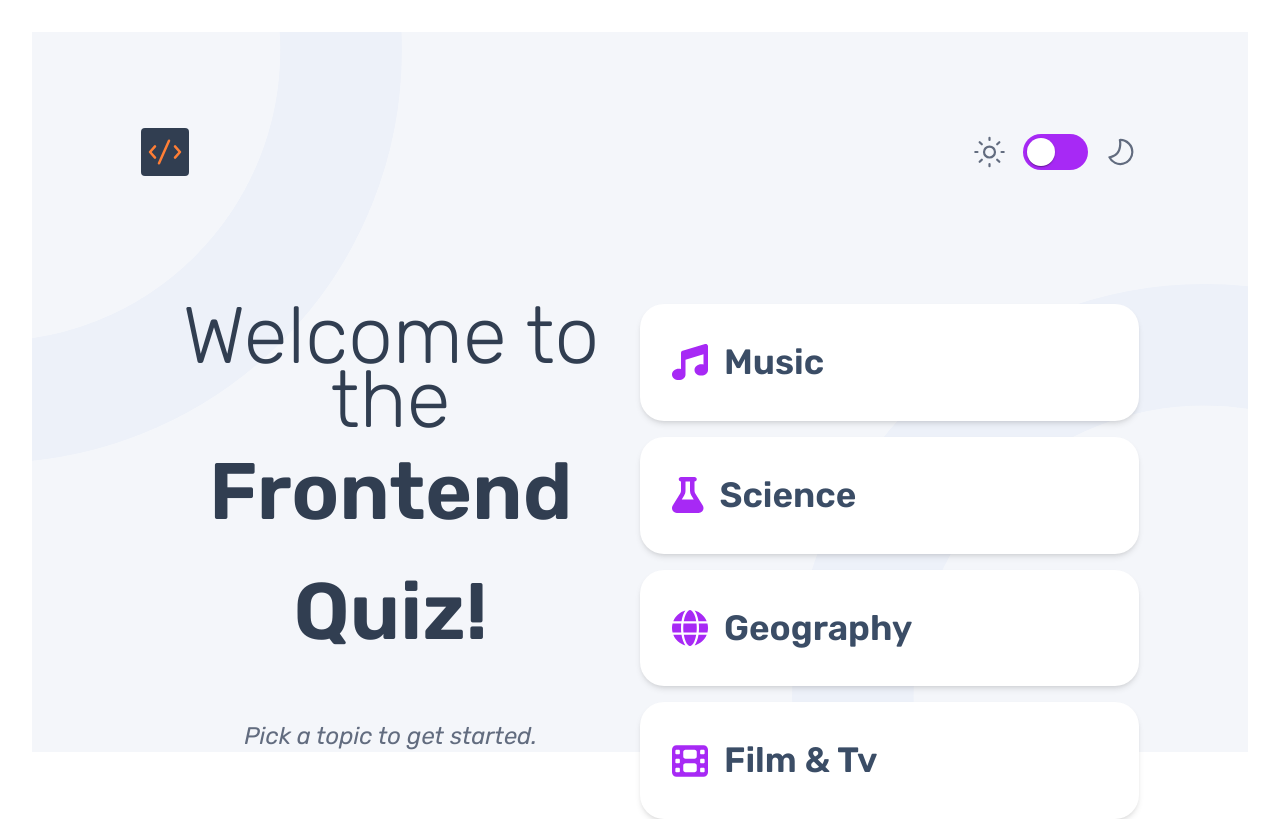
Repository: Shenixo/QuizApp
Page: /
The author's editor kept a copy of each file at every save. The page is drawn from the files as they stood at one save, then again after the next save.
The browser window is 1280 px wide. The pictures show the whole page.
The project was rebuilt for these pictures with package versions that can differ from the ones it lists, and the page was loaded fresh each time. Also part of the build but not shown: vite.config.js.

Above is the page before, as saved 2025-03-31 14:43:41.

After the next save:
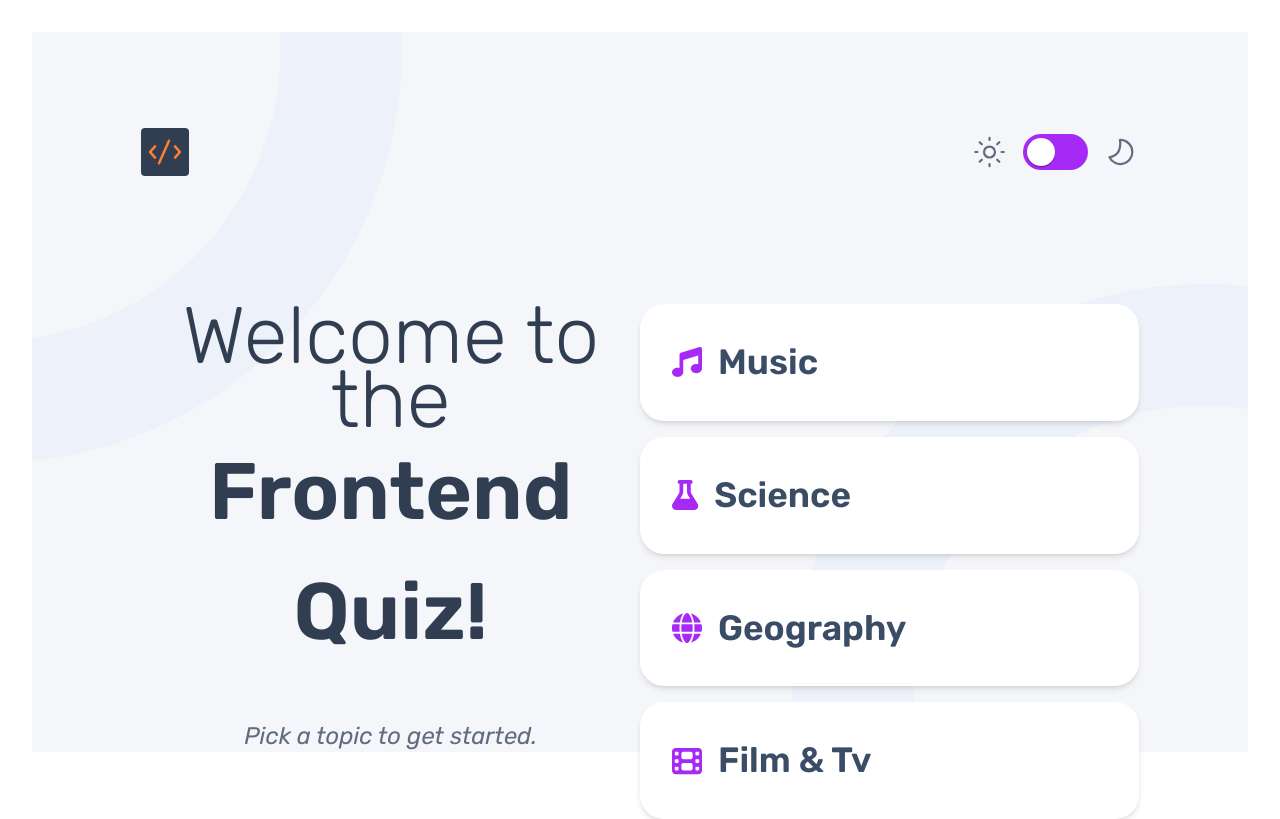
Saved 93 s later.
--- a/src/Components/Option/Option.jsx
+++ b/src/Components/Option/Option.jsx
@@ -23,7 +23,7 @@ const Option = () => {
             p-8 rounded-[1.5rem] cursor-pointer capitalize text-[2.2rem] font-semibold flex items-center gap-4
           `}
         >
-          <FontAwesomeIcon icon={icon} className="text-4xl text-[#a729f5]" />
+          <FontAwesomeIcon icon={icon} className="text-3xl text-[#a729f5]" />
           {option}
         </li>
       ))}
